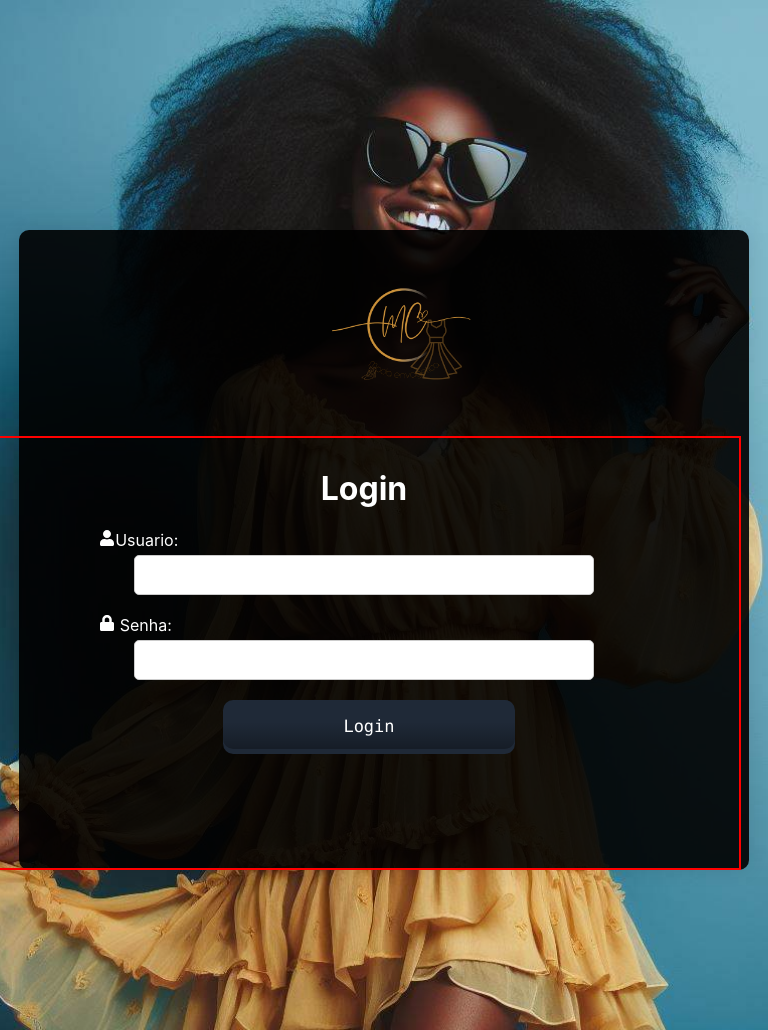
Repository: Mixchelle/ecommerce-moda-evangelica
Page: /login-admin
These files come from the project's save history. The page is drawn as it stood at one moment and after the next save; the edit follows.
The browser window is 768 px wide. The pictures show the whole page.
The project was rebuilt for these pictures with package versions that can differ from the ones it lists, and the page was loaded fresh each time. Also part of the build but not shown: src/components/Header.js, src/components/CategoriesFilter.js, src/pages/Home.js, src/pages/Login.js, src/pages/Admin.js, src/pages/Cart.js.

Above is the page before, as saved 2024-04-29 22:30:56.

After the next save:
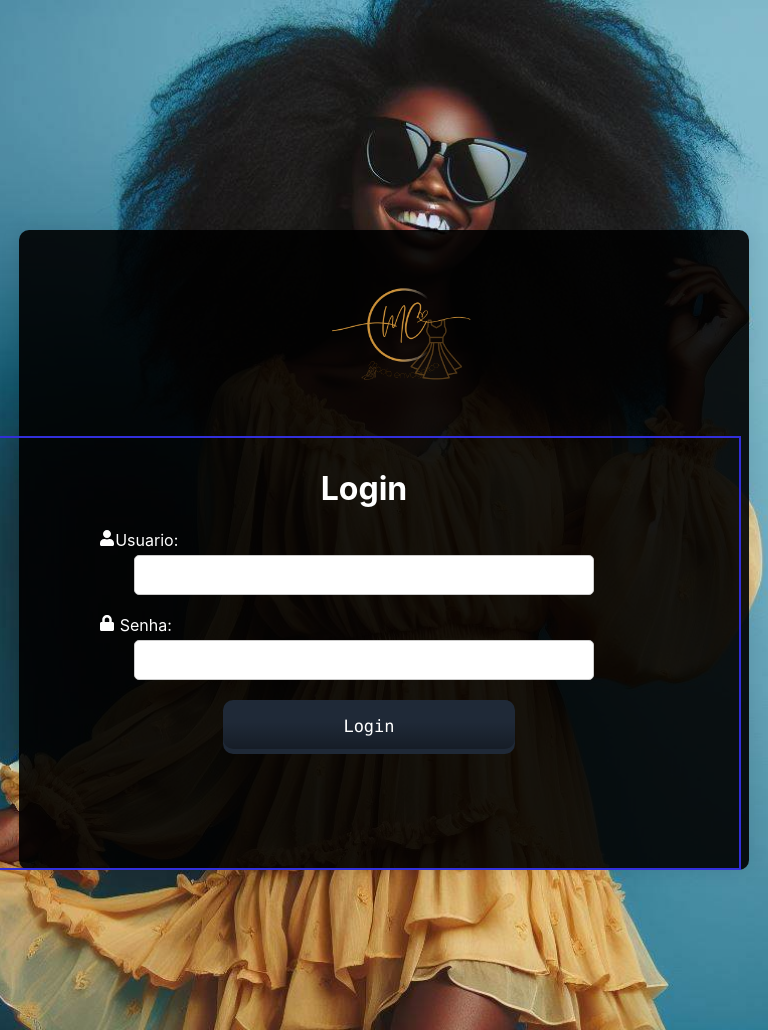
Saved 5 s later.
--- a/src/style/Login.css
+++ b/src/style/Login.css
@@ -164,7 +164,7 @@
 
   .form-container {
     flex: 2;
-border:2px red solid;
+border:2px rgb(50, 47, 219) solid;
 width: 100%;
 padding: 10px;
 
